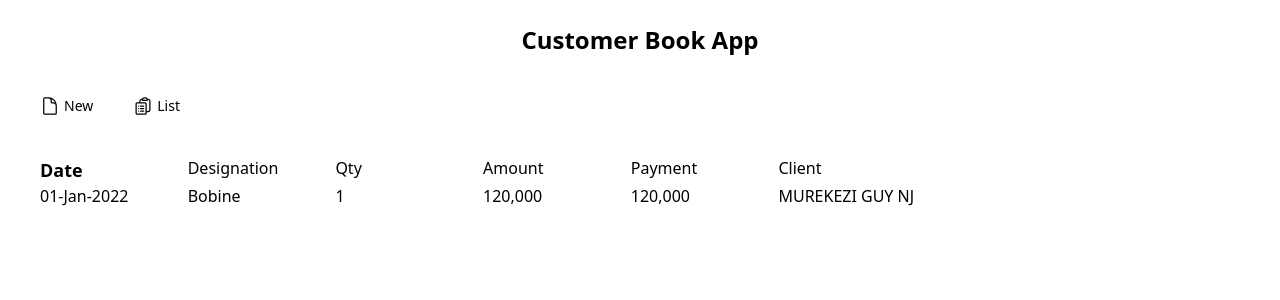
Repository: higirobruce/customerbookapp
Page: /
An editor plug-in stored every save of this project. The page is shown before and after the next save, followed by the edit.
The browser window is 1280 px wide. The pictures show the whole page.
The project was rebuilt for these pictures with package versions that can differ from the ones it lists, and the page was loaded fresh each time. The framework's server and built-in components were replaced by stand-ins that run in the browser. Also part of the build but not shown: next.config.js, components/layout/sidebar.js.

Above is the page before, as saved 2022-11-24 16:47:55.

### pages/index.js
import Head from "next/head";
import Image from "next/image";
import Sidebar from "../components/layout/sidebar";
import MainScreen from "../components/layout/mainScreen";

const Home = () => {
  return (
    <div className="flex min-h-screen flex-row">
      {/* <Sidebar /> */}
      <MainScreen />
    </div>
  );
};

export default Home;

### components/layout/mainScreen.js
import React, { useState } from "react";
import {
  DocumentIcon,
  ClipboardDocumentListIcon,
} from "@heroicons/react/24/outline";
import RecordsTable from "../common/records";

const records = [
  {
    date: "01-Jan-2022",
    designation: "Bobine",
    qty: "1",
    amount: "120,000",
    payment: "120,000",
    client: "MUREKEZI GUY NJ",
  },
];

export default function MainScreen() {
  let [viewPort, setViewPort] = useState("list");

  return (
    <div className="flex flex-col w-full pt-6 space-y-10">
      {/* header */}
      <div className="flex justify-center text-2xl font-semibold">
        Customer Book App
      </div>
      {/* Menu bar */}
      <div className="flex flex-row px-10 space-x-10">
        <div
          className="flex flex-row space-x-1 items-center cursor-pointer"
          onClick={() => setViewPort("new")}
        >
          <DocumentIcon className="h-5 w-5" />
          <div className="text-sm ">New</div>
        </div>

        <div
          className="flex flex-row space-x-1 items-center cursor-pointer"
          onClick={() => setViewPort("list")}
        >
          <ClipboardDocumentListIcon className="h-5 w-5" />
          <div className="text-sm ">List</div>
        </div>
      </div>
      {/* Body */}

      <div className="flex px-10 ">
        {viewPort === "list" && <RecordsTable data={records} />}
        {viewPort === "new" && <div>New</div>}
      </div>
    </div>
  );
}

### components/common/records.js
import React from 'react'

export default function RecordsTable({data}) {

  return (
    <div>
        <div className='grid grid-cols-6 gap-3'>
                <div className='text-lg font-semibold'>Date</div>
                <div>Designation</div>
                <div>Qty</div>
                <div>Amount</div>
                <div>Payment</div>
                <div>Client</div>
            </div>
        {data.map($=>{
            return <div className='grid grid-cols-6 gap-3'>
                <div>{$.date}</div>
                <div>{$.designation}</div>
                <div>{$.qty}</div>
                <div>{$.amount}</div>
                <div>{$.payment}</div>
                <div>{$.client}</div>
            </div>
        })}
    </div>
  )
}

Loaded but not shown: pages/_app.tsx (common file); styles/globals.css (common file); tailwind.config.js (common file)

After the next save:
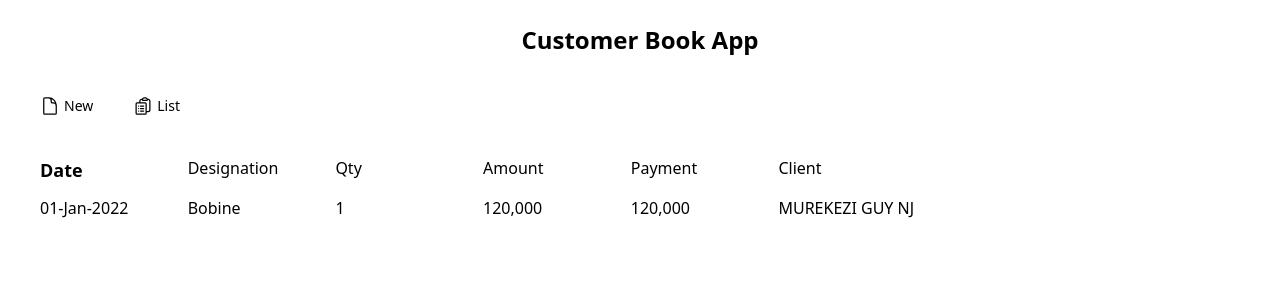
Saved 20 s later.
--- a/components/common/records.js
+++ b/components/common/records.js
@@ -5,7 +5,7 @@ export default function RecordsTable({data}) {
   return (
     <div>
         <div className='grid grid-cols-6 gap-3'>
-                <div className='text-lg font-semibold'>Date</div>
+                <div className='text-lg font-semibold mb-3'>Date</div>
                 <div>Designation</div>
                 <div>Qty</div>
                 <div>Amount</div>
